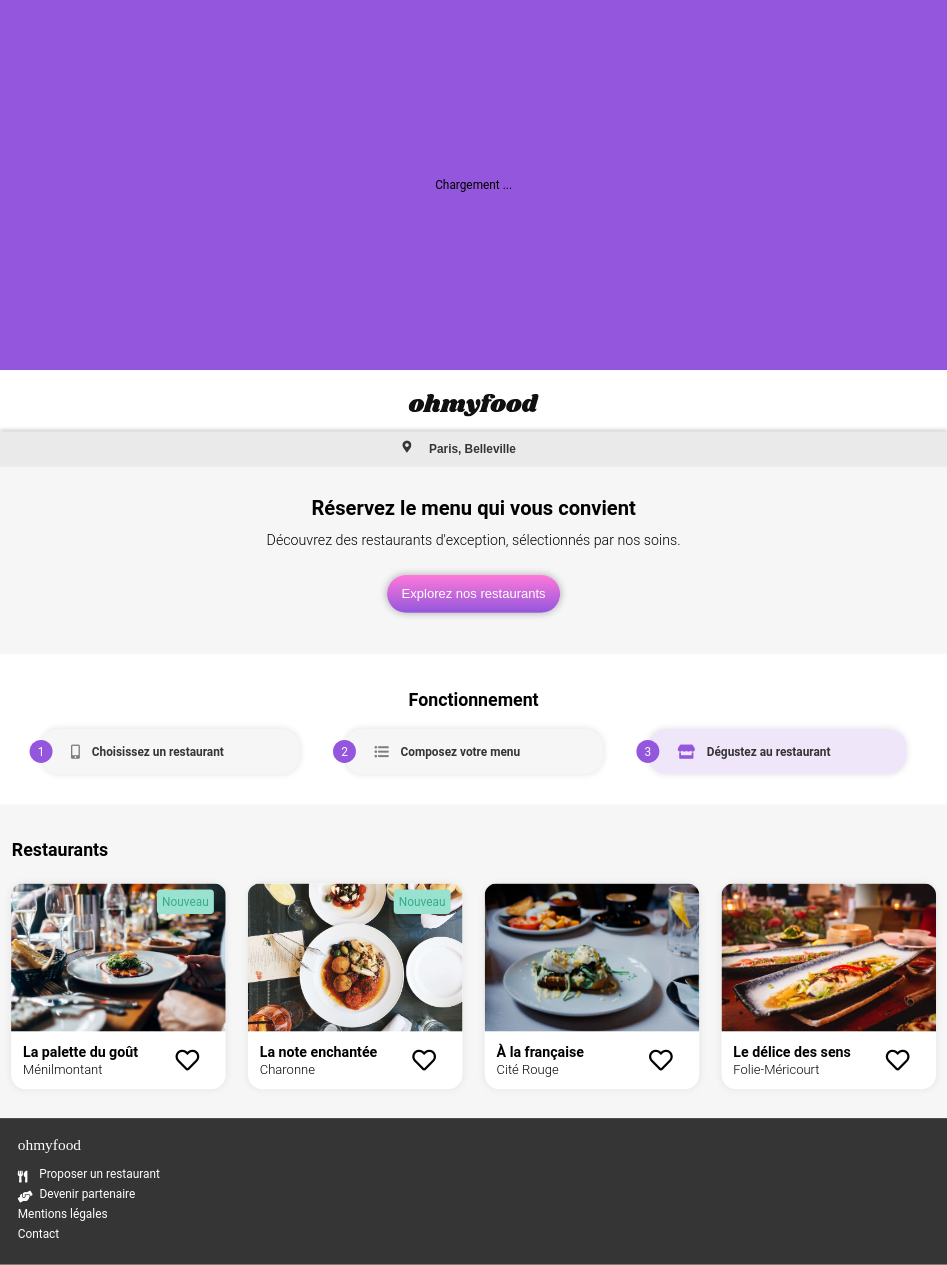
Repository: AlexisTisserand/AlexisTisserand_3_24112020
Page: index.html
An editor plug-in stored every save of this project. The page is shown before and after the next save, followed by the edit.
The browser window is 1280 px wide. The pictures show the whole page, at 74% of full size.
Some web libraries are served in a nearby version. The style sheet was rebuilt from its Sass, Less or Tailwind sources for each picture, by a compiler version that may differ from the author's.

Above is the page before, as saved 2020-12-09 15:04:02.

### index.html
<!DOCTYPE html>
<html lang="fr">

<head>
    <meta charset="UTF-8"/>
    <meta name="viewport" content="width=device-width, initial-scale=1">
    <meta name="descritpion" content="Site internet ohmyfood, composez votre menu et réservez dans les meilleurs restaurants de Paris.">
    <meta name="author" content="Alexis Tisserand">
    <link rel="stylesheet" href="https://use.fontawesome.com/releases/v5.4.1/css/all.css" integrity="sha384-5sAR7xN1Nv6T6+dT2mhtzEpVJvfS3NScPQTrOxhwjIuvcA67KV2R5Jz6kr4abQsz" crossorigin="anonymous">
    <link rel="stylesheet" href="style.css"/>
    <title>ohmyfood - Accueil</title>
</head>

<!--bloc_page-->
<body>

<!--LOADING SPINNER-->
<section class="section">
    <span class="loader-quart"></span>
    Chargement ...
</section>


<div id="bloc-page">

<!--HEADER-->

<header>

    <div class="logo">
        <img src="images/logo/ohmyfood@2x.svg" alt="Logo ohmyfood"/>
    </div>
    <div class="search-bar">
        <div class="search-bar-button"><i class="fas fa-map-marker-alt"></i></div>
        <input type="search" class="search-bar-text-input" placeholder="Saisissez votre ville" value="Paris, Belleville">
    </div>
</header>

<section id="description-ohmyfood">
    <h2>Réservez le menu qui vous convient</h2>
    <h3>Découvrez des restaurants d'exception, sélectionnés par nos soins.</h3>
    <button class="description-ohmyfood-explorer" type="button">Explorez nos restaurants</button>
</section>

<section id="fonctionnement">
    <h2>Fonctionnement</h2>
    <nav>
        <ul class="fonctionnement-nav">
            <li class="fonctionnement-nav-etape ">
                <span>1</span>
                <i class="fas fa-mobile-alt"></i>
                <h4>Choisissez un restaurant</h4>
            </li>
            <li class="fonctionnement-nav-etape ">
                <span>2</span>
                <i class="fas fa-list-ul"></i>
                <h4>Composez votre menu</h4>
            </li>
            <li class="fonctionnement-nav-etape active">
                <span>3</span>
                <i class="fas fa-store"></i>
                <h4>Dégustez au restaurant</h4>
            </li>
        </ul>
    </nav>
</section>

<section id="restaurants">

        <h2>Restaurants</h2>

        <a href="menu-la-palette-du-gout.html" class="card-restaurant">
            <img class="card-restaurant-img" src="images/restaurants/la_palette_du_gout-min.jpg" alt="La Palette du Goût"/>
            <div class="card-restaurant-nouveau">Nouveau</div>
            <div class="card-restaurant-legende">
                <div class="card-restaurant-legende-text">
                    <h4>La palette du goût</h4>
                    <h5>Ménilmontant</h5>
                </div>
                <div class="card-restaurant-legende-heart">
                    <span class="fa-stack">
                        <i class="far fa-heart fa-stack-2x"></i>
                    </span>
                </div>
            </div>
        </a>

        <a href="menu-la-note-enchantee.html" class="card-restaurant">
            <img class="card-restaurant-img" src="images/restaurants/la_note_enchantee-min.jpg" alt="La Note Enchantée"/>
            <div class="card-restaurant-nouveau">Nouveau</div>
            <div class="card-restaurant-legende">
                <div class="card-restaurant-legende-text">
                    <h4>La note enchantée</h4>
                    <h5>Charonne</h5>
                </div>
                <div class="card-restaurant-legende-heart">
                    <span class="fa-stack">
                        <i class="far fa-heart fa-stack-2x"></i>
                    </span>
                </div>
            </div>
        </a>

        <a href="menu-a-la-francaise.html" class="card-restaurant">
            <img class="card-restaurant-img" src="images/restaurants/a_la_française-min.jpg" alt="À La Française"/>
            <div class="card-restaurant-legende">
                <div class="card-restaurant-legende-text">
                    <h4>À la française</h4>
                    <h5>Cité Rouge</h5>
                </div>
                <div class="card-restaurant-legende-heart">
                    <span class="fa-stack">
                        <i class="far fa-heart fa-stack-2x"></i>
                    </span>
                </div>
            </div>
        </a>

        <a href="menu-le-delice-des-sens.html" class="card-restaurant">
            <img class="card-restaurant-img" src="images/restaurants/le_delice_des_sens-min.jpg" alt="Le Délice Des Sens"/>
            <div class="card-restaurant-legende">
                <div class="card-restaurant-legende-text">
                    <h4>Le délice des sens</h4>
                    <h5>Folie-Méricourt</h5>
                </div>
                <div class="card-restaurant-legende-heart">
                    <span class="fa-stack">
                        <i class="far fa-heart fa-stack-2x"></i>
                    </span>
                </div>
            </div>
        </a>
</section>

</div>

<footer>
    <h2>ohmyfood</h2>
    <div class="footer-img-text">
        <i class="fas fa-utensils"></i>
        <a href="#"><h3>Proposer un restaurant</h3></a>
    </div>
    <div class="footer-img-text">
        <i class="fas fa-hands-helping"></i>
        <a href="#"><h3>Devenir partenaire</h3></a>
    </div>
    <a href="#"><h3>Mentions légales</h3></a>
    <a href="mailto:ohmyfood@outlook.com"><h3>Contact</h3></a>
</footer>


</body>
</html>

### sass/style.scss
/*COULEURS VARIABLES*/
$primary: #9356DC;
$secondary: #FF79DA;
$tertiary: #99E2D0;
$color-text: #353535;
$color-background: #f6f6f6;
$color-box-shadow :#e5e5e5;

/*VARIABLES TAILLE ET FONT FAMILY*/
$font-family: 'roboto', 'Raleway', 'Trebuchet MS', 'Lucida Sans Unicode', 'Lucida Grande', 'Lucida Sans', Arial, sans-serif;;
$size: 1rem;

/*Extensions*/
.box-shadow{
    box-shadow: 0px 0px 8px 1px $color-box-shadow;
    color: $color-text;
    border: none;
    border-radius: 25px;
    width: 350px;
    background-color: $color-background;
}

.margin-plats{
    margin: 0.5rem 0 0rem 0.9rem;
}

.cercle{
    background-color: $primary;
    color: white;
    padding: 8px;
    border-radius: 50px;
    margin-right: 25px;
    margin-left: -15px;
    width: 15px;
    height: 15px;
    text-align: center;
    align-content: center;
    font-size: $size;
    line-height: 15px;
    font-weight: light;
}

/*Loading spinner*/
.section{
    background-color: $primary;
    height: 500px;
    line-height: 500px;
    text-align: center;

}

/*KEYFRAMES*/

@keyframes fadein{
    from{
        opacity: 0.4;
    }
    to{
        opacity: 1;
    }
}

body{
    background-color: white;
    font-family: $font-family;
    margin: auto;
}

a{
    text-decoration: none;
    color: black;
}

#bloc-page{
    width: 100%;
    margin: auto;
    max-width: 2000px;
    min-width: 100px;
}

/*HEADER*/

header{
    text-align: center;
    .logo{
        margin-top: $size + 1rem;
        img{
            width: $size + 10rem;
        }
    }
}

.search-bar{
    display: flex;
    background-color: #EAEAEA;
    box-shadow: 0px -2px 5px 0px #CFCFCF;
    height: $size + 2rem;
    margin-top: 1rem;
    align-items: center;
    justify-content: center;
    .fas{
        font-size: $size;
        margin-bottom: 1rem;
    }
    .search-bar-button{
        color: $color-text;
        font-size: $size + 0.5rem;
    }
    .search-bar-text-input{
        outline: none;
        padding: 0;
        background-color: #EAEAEA;
        border: none;
        color: $color-text;
        font-size: $size;
        font-weight: bold;
        text-align: center;
        width: 180px;
    }
}

/*SECTION DESCRIPTION*/

#description-ohmyfood{
    display: flex;
    flex-direction: column;
    background-color: $color-background;
    align-items: center;
    text-align: center;
    h2{
        font-size: $size + 0.7rem ;
        padding: $size;
        margin-bottom: 0;
        margin-top: $size + 0.5rem;
    }
    h3{
        font-size: $size + 0.2rem ;
        font-weight: 300;
        margin-top: 0;
        padding: $size - 0.5rem, $size + 1rem ;
    }
    button{
        font-size: $size + 0.1rem;
        margin-top: $size;
        font-weight: normal;
        color: white;
        background: linear-gradient($secondary, $primary);
        position: relative;
        border: none;
        box-shadow: 0px 0px 10px 1px #b6b3b3;
        border-radius: 40px;
        padding: 15px 20px;
        margin-bottom: $size + 2.5rem;
        transition: transform ease-in-out 500ms, opacity ease-in-out 500ms, box-shadow ease-in-out 500ms ;
        &:hover{
            opacity: 0.7;
            box-shadow: 0px 0px 7px 3px #484B4C;
            transform: scale(1.1);
            cursor: pointer;

        }
        &:active{
            border-style: none;
        }
        &:focus{
            outline:none;
        }
    }
}

/*FONCTIONNEMENT*/

#fonctionnement{
    display: flex;
    align-items: center;
    flex-direction: column;
    background-color: white;
    h2{
        margin: 3*$size $size $size;
    }
    ul{
        padding: 10px;
        margin-top: - $size;
    }
}

.fonctionnement-nav{
    display: flex;
    flex-wrap: wrap;
    justify-content: space-around;
    &-etape{
        display: flex;
        flex-direction: row;
        align-items: center;
        margin: 15px 30px ;
        transition: background-color ease-in-out 200ms, box-shadow ease-in-out 200ms, transform ease-in-out 200ms;
        @extend .box-shadow;
        &:hover{
        background-color: rgba($color:$primary, $alpha: 0.15);
        transform: scale(1.01);
        cursor: pointer;
        &:hover .fas{
        color: $primary;
        }
    }
    span{
        @extend .cercle;
    }
    .fas{
        margin-right: 15px;
        color: #7e7e7e;
        font-size: $size + 0.2rem;
        margin-right: $size;
        }
    }
    &-etape.active{
        background-color: rgba($color:$primary, $alpha: 0.15);
        .fas{
            color: $primary;
        }
    }
}

/*RESTAURANTS*/

#restaurants{
    display: flex;
    flex-direction: column;
    background-color: $color-background;
    padding-bottom: $size + 0.5rem;
    h2{
        margin: 3*$size $size $size;
    }
}

.card-restaurant{
    display: flex;
    position: relative;
    z-index: 1;
    flex-direction: column;
    background-color: white;
    border-radius: 20px;
    box-shadow: 0px 0px 8px 1px $color-box-shadow;
    margin: 15px;
    box-sizing: border-box;
    transition: ease-in-out 200ms;
    &:hover{
        transform: scale(1.01);
    }
    img{
    height: 200px;
    position: relative;
    z-index: 1;
    object-fit: cover;
    width: 100%;
    border-radius: 1rem 1rem 0 0;
    }
    &-nouveau{
        background-color: $tertiary;
        color: #39a98e;
        position: absolute;
        top: 8px;
        right: 16px;
        padding: 7px;
        border-radius: 5px;
        z-index: 2;
    }
    &-legende{
        display: flex;
        flex-direction: row;
        justify-content: space-between;
        &-text{
            display: flex;
            flex-direction: column;
            margin-left: $size;
            h4{
                font-size: $size + 0.2rem;
                margin-top: $size;
                margin-bottom: 0;
            }
            h5{
                margin-top: 0.2 * $size;
                margin-bottom: $size;
                font-weight: 300;
                font-size: $size + 0.1rem;
            }
        }
        &-heart{
            align-self: center;
            margin-right: 2 * $size;
            .far{
                &:hover{
                font-weight: 900;
                background:-moz-linear-gradient(top, $primary 0%, $secondary 100%);
                background: -webkit-linear-gradient(top, $primary 0%, $secondary 100%);
                background: linear-gradient(to bottom, $primary 0%, $secondary 100%);
                -webkit-background-clip: text;
                -moz-background-clip: text;
                background-clip: text;
                -webkit-text-fill-color: transparent;
                transition: font-weight ease-in-out 0s ;
                animation: fadein 900ms;
                background-position: 0 100%;
                cursor: pointer;
                }
            }
        }
    }
}

/*FOOTER*/

footer{
    padding: $size + 0.5rem;
    background-color: $color-text;
    color: white;
    h2{
        font-family: 'Shrikhand';
        font-weight: normal;
        font-size: $size + 0.3rem;
        margin-top: 0;
    }
    h3{
        margin: 0;
        font-weight: 400;
        margin-bottom: 0.5 * $size;
        font-size: initial;
    }
    .footer-img-text{
        display: flex;
        flex-direction: row;
        align-items: center;
        .fas{
            margin-right: $size;
            &.fa-hands-helping{
                margin-right: 0.58* $size;
            }
        }
    }
    a{
        color: white;
    }
}

/*********************************************************/
/*MEDIA QUERIES ACCUEIL*/
/*********************************************************/

/*LARGE DEVICES*/
@media screen and (min-width: 1268px){

    #restaurants{
        display: grid;
        grid-template-columns: repeat(4, 1fr);
        grid-template-rows: auto auto auto ;
        margin-bottom: 0px;
    }   h2{
        grid-column: 1/-1;
    }
}

/*MEDIUM DEVICES*/
@media screen and (max-width: 1267px){

    .fonctionnement-nav{
        justify-content: center;
        &-etape{
            width: 100%;
        }
    }

    #restaurants{
        display: grid;
        grid-template-columns: repeat(2, 1fr);
        grid-template-rows: auto auto auto ;
        h2{
            grid-column: 1/-1;
        }
    }
}

/*SMALL DEVICES*/
@media screen and (max-width: 660px){
    .fonctionnement-nav-etape{
        width: 100%;
    }

    #restaurants{
        display: grid;
        grid-template-columns: 1fr;
        grid-template-rows: auto auto auto ;
        h2{
            grid-column: 1/-1;
        }
    }
}

/*********************************************************/
/*MENU*/
/*********************************************************/

header{
    a{
        position: absolute;
        left: $size;
        color: $color-text;
        font-size: $size + 0.3rem;
        transition: opacity 0.5s;

        &:hover{
            opacity: 0.5;
        }
    }
}

.restaurant-img{
    img{
        object-fit: cover;
        width: 100%;
        height: 300px;
        margin-top: $size;
        position: relative;
        z-index: 0;
    }
}

.restaurant-menu{
    background-color: $color-background;
    border-radius: 50px 50px 0 0;
    margin-top: - 3rem;
    position: relative;
    display: flex;
    z-index: 1;
    flex-direction: column;
    width: 100%;
    &--titre{
        display: flex;
        flex-direction: row;
        justify-content: center;
        align-items: center;
        margin-top: $size;
        h2{
            font-family: 'Shrikhand';
            font-size: $size + 1rem;
            margin-right: $size + 0.5rem;
            margin-left: $size;
        }
    }
    &-carte{
        display: flex;
        flex-direction: row;
        flex-wrap: wrap;
    }
    h3{
        font-weight: 300;
        font-size: $size + 0.1rem;
        margin-left: $size;
        border-bottom: $tertiary 3px solid;
        width: 45px;
        padding-bottom: 10px;
    }
    &--plats{
        display: grid;
        grid-template-columns: 2.3fr 0.3fr 0.3fr;
        grid-template-rows: repeat(2, 1fr);
        gap: 0px 0px;
        background-color: white;
        box-shadow: 0px 0px 8px 1px $color-box-shadow;
        color: $color-text;
        border: none;
        border-radius: 13px;
        margin: 0 $size $size $size;
        width: 100%;
        cursor: pointer;
        overflow: hidden;
        text-overflow: ellipsis;
        &:hover .fas {
            transform: rotate(360deg);
        }
        &:hover &--checkbox{
            transform: translateX(0%);
        }
        &:hover &--prix{
            margin-right: 30%;
        }
        &--name{
            grid-area: 1 / 1 / 2 / 3;
        }
        &--accompagnements{
            grid-area: 2 / 1 / 3 / 2;
            display: flex;
            flex-direction: row;
            align-content: center;
            justify-content: space-between;
            h5{
                font-weight: 300;
                margin: 0rem 0 0.5rem 0.9rem;
                font-size: 1rem;
            }
        }
        &--prix{
            grid-area: 2 / 2 / 3 / 4;
            transition: margin-right 1s;
            p{
                font-weight: bold;
                margin: 0 ;
                text-align: end;
                margin-right: $size;
            }
        }
        &--checkbox{
            background-color: $tertiary;
            grid-area: 1 / 3 / 3 / 4;
            border-radius: 0 13px 13px 0;
            text-align: center;
            transform: translateX(100%);
            transform-origin: 100% 50%;
            transition: transform 1s;

            .fas{
                font-size: xx-large;
                margin: $size;
                color: white;
                transition: transform 1s;
            }
        }
        h4{
        @extend .margin-plats;
        font-size: $size + 0.1rem;
        }
    }
    button{
        width: 200px;
        align-self: center;
        font-size: $size + 0.1rem;
        margin-top: 3 * $size;
        font-weight: normal;
        color: white;
        background: linear-gradient($secondary, $primary);
        position: relative;
        border: none;
        box-shadow: 0px 0px 10px 1px #b6b3b3;
        border-radius: 40px;
        padding: 15px 20px;
        margin-bottom: 4 * $size;
        transition: transform ease-in-out 500ms, opacity ease-in-out 500ms, box-shadow ease-in-out 500ms ;
        &:hover{
            opacity: 0.7;
            box-shadow: 0px 0px 7px 3px #484B4C;
            transform: scale(1.1);
            cursor: pointer;
        }
        &:active{
            border-style: none;
        }
        &:focus{
            outline:none;
        }
    }
}


/*********************************************************/
/*MEDIA QUERIES MENUS*/
/*********************************************************/

/*LARGE DEVICES*/
@media screen and (min-width:660px){
    .restaurant-menu--titre{
        justify-content: space-between;
    }

    .restaurant-menu--plats{
        width: 100%;
    }

}

/*MEDIUM DEVICES*/
@media screen and (max-width: 1267px){


}

/*SMALL DEVICES*/
@media screen and (max-width: 660px){


}

After the next save:
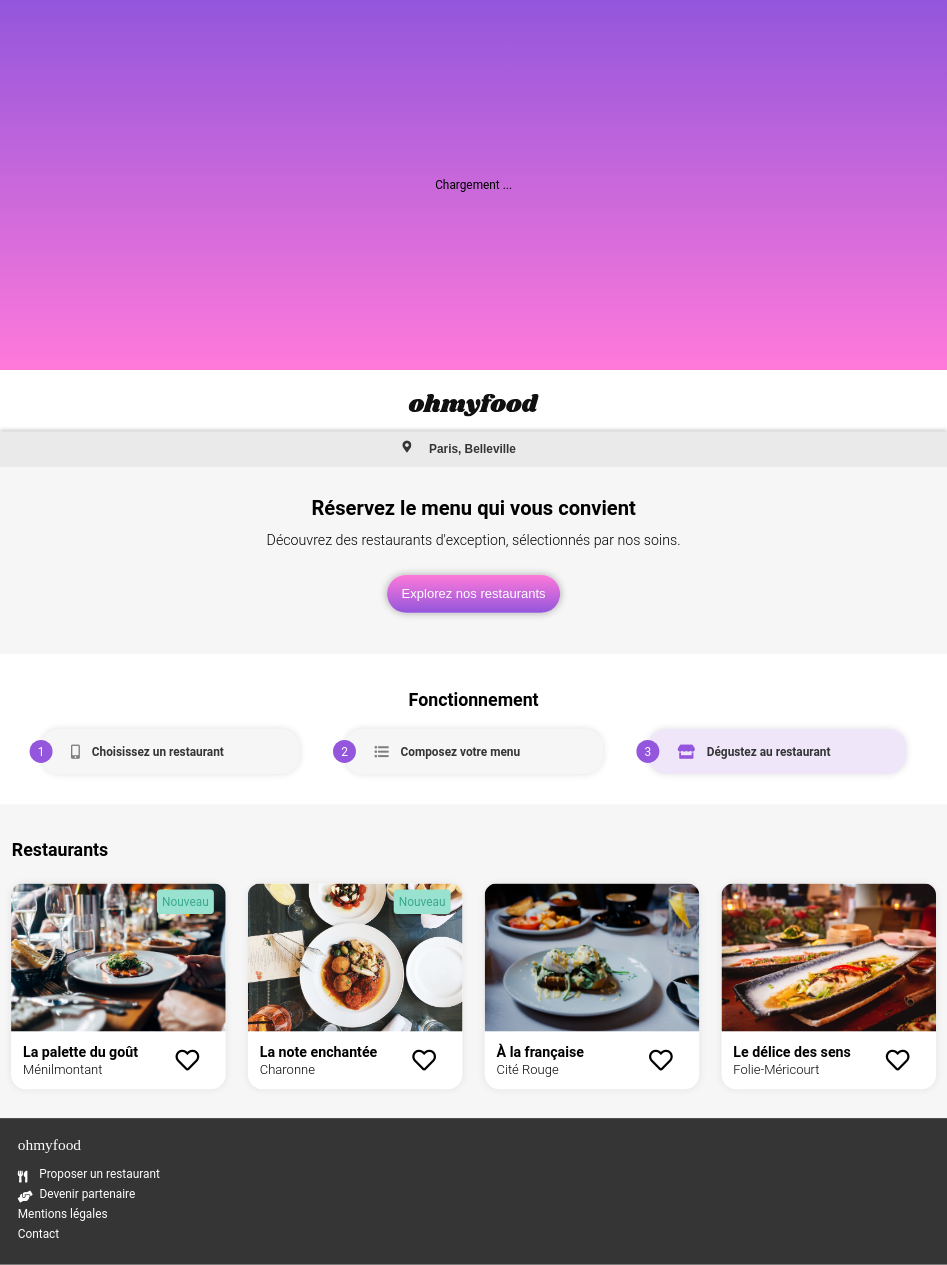
Saved 25 s later.
--- a/sass/style.scss
+++ b/sass/style.scss
@@ -42,7 +42,7 @@ $size: 1rem;
 
 /*Loading spinner*/
 .section{
-    background-color: $primary;
+    background: linear-gradient($primary, $secondary);
     height: 500px;
     line-height: 500px;
     text-align: center;
